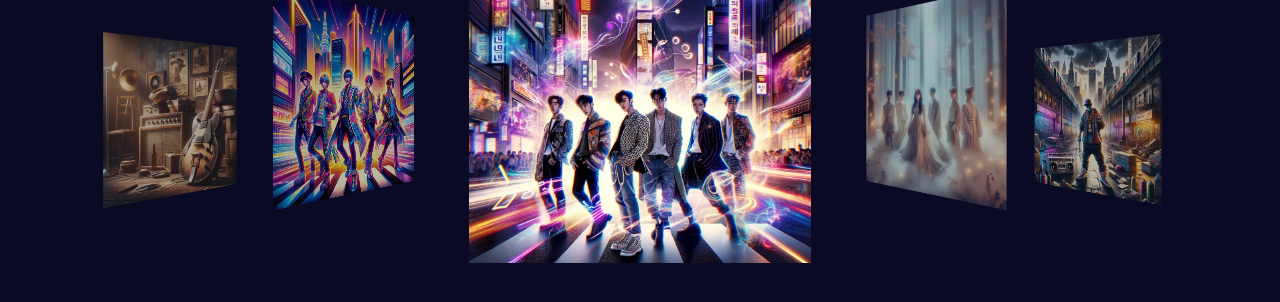
Repository: FujieRyou/2024_team
Page: /components/musicSlide
The author's editor kept a copy of each file at every save. The page is drawn from the files as they stood at one save, then again after the next save.
The browser window is 1280 px wide. The pictures show the whole page.
The project was rebuilt for these pictures with package versions that can differ from the ones it lists, and the page was loaded fresh each time. The framework's server and built-in components were replaced by stand-ins that run in the browser. Also part of the build but not shown: next.config.js.

Above is the page before, as saved 2024-02-09 08:57:32.

### src/pages/_app.jsx
import "@/styles/ress.css"
import '@/styles/index.css'

export default function App({ Component, pageProps }) {
  return <Component {...pageProps} />
}

### src/pages/components/musicSlide.jsx
// pages/scroll2.jsx
import { useEffect, useState } from 'react';
import Image from 'next/image';

export default function Scroll2() {
    const [current, setCurrent] = useState(0);
    const sliderLength = 5; // 仮にスライダーの要素数を6とします

useEffect(() => {
        const interval = setInterval(() => {
        setCurrent((current) => (current + 1) % sliderLength);
    }, 3000);

    return () => clearInterval(interval);
}, []);

const getClassName = (index) => {
    if (index === current) return 'third';
    else if (index === (current + 1) % sliderLength) return 'fourth';
    else if (index === (current + 2) % sliderLength) return 'fifth';
    else if (index === (current - 1 + sliderLength) % sliderLength) return 'second';
    else if (index === (current - 2 + sliderLength) % sliderLength) return 'first';
    else return 'un-active';
};

return (
    <>
        <div className="scrollContent">
            <div className="scrollWrap">
                <ul className="scroll">
                    <li className={getClassName(0)}><Image src="/img/scroll.webp" alt="" width={145} height={145} /></li>
                    <li className={getClassName(1)}><Image src="/img/scroll2.webp" alt="" width={145} height={145} /></li>
                    <li className={getClassName(2)}><Image src="/img/scroll3.webp" alt="" width={145} height={145} /></li>
                    <li className={getClassName(3)}><Image src="/img/scroll4.webp" alt="" width={145} height={145} /></li>
                    <li className={getClassName(4)}><Image src="/img/scroll5.webp" alt="" width={145} height={145} /></li>
                </ul>
            </div>
        </div>
    </>
);
}

### src/styles/ress.css
/*!
 * ress.css • v4.0.0
 * MIT License
 * github.com/filipelinhares/ress
 */

/* # =================================================================
   # Global selectors
   # ================================================================= */

   html {
    box-sizing: border-box;
    -webkit-text-size-adjust: 100%; /* Prevent adjustments of font size after orientation changes in iOS */
    word-break: normal;
    -moz-tab-size: 4;
    tab-size: 4;
  }

  *,
  ::before,
  ::after {
    background-repeat: no-repeat; /* Set `background-repeat: no-repeat` to all elements and pseudo elements */
    box-sizing: inherit;
  }

  ::before,
  ::after {
    text-decoration: inherit; /* Inherit text-decoration and vertical align to ::before and ::after pseudo elements */
    vertical-align: inherit;
  }

  * {
    padding: 0; /* Reset `padding` and `margin` of all elements */
    margin: 0;
  }

  /* # =================================================================
     # General elements
     # ================================================================= */

  hr {
    overflow: visible; /* Show the overflow in Edge and IE */
    height: 0; /* Add the correct box sizing in Firefox */
    color: inherit; /* Correct border color in Firefox. */
  }

  details,
  main {
    display: block; /* Render the `main` element consistently in IE. */
  }

  summary {
    display: list-item; /* Add the correct display in all browsers */
  }

  small {
    font-size: 80%; /* Set font-size to 80% in `small` elements */
  }

  [hidden] {
    display: none; /* Add the correct display in IE */
  }

  abbr[title] {
    border-bottom: none; /* Remove the bottom border in Chrome 57 */
    /* Add the correct text decoration in Chrome, Edge, IE, Opera, and Safari */
    text-decoration: underline;
    text-decoration: underline dotted;
  }

  a {
    background-color: transparent; /* Remove the gray background on active links in IE 10 */
  }

  a:active,
  a:hover {
    outline-width: 0; /* Remove the outline when hovering in all browsers */
  }

  code,
  kbd,
  pre,
  samp {
    font-family: monospace, monospace; /* Specify the font family of code elements */
  }

  pre {
    font-size: 1em; /* Correct the odd `em` font sizing in all browsers */
  }

  b,
  strong {
    font-weight: bolder; /* Add the correct font weight in Chrome, Edge, and Safari */
  }

  /* https://gist.github.com/unruthless/413930 */
  sub,
  sup {
    font-size: 75%;
    line-height: 0;
    position: relative;
    vertical-align: baseline;
  }

  sub {
    bottom: -0.25em;
  }

  sup {
    top: -0.5em;
  }

  table {
    border-color: inherit; /* Correct border color in all Chrome, Edge, and Safari. */
    text-indent: 0; /* Remove text indentation in Chrome, Edge, and Safari */
  }

  /* # =================================================================
     # Forms
     # ================================================================= */

  input {
    border-radius: 0;
  }

  /* Replace pointer cursor in disabled elements */
  [disabled] {
    cursor: default;
  }

  [type='number']::-webkit-inner-spin-button,
  [type='number']::-webkit-outer-spin-button {
    height: auto; /* Correct the cursor style of increment and decrement buttons in Chrome */
  }

  [type='search'] {
    -webkit-appearance: textfield; /* Correct the odd appearance in Chrome and Safari */
    outline-offset: -2px; /* Correct the outline style in Safari */
  }

  [type='search']::-webkit-search-decoration {
    -webkit-appearance: none; /* Remove the inner padding in Chrome and Safari on macOS */
  }

  textarea {
    overflow: auto; /* Internet Explorer 11+ */
    resize: vertical; /* Specify textarea resizability */
  }

  button,
  input,
  optgroup,
  select,
  textarea {
    font: inherit; /* Specify font inheritance of form elements */
  }

  optgroup {
    font-weight: bold; /* Restore the font weight unset by the previous rule */
  }

  button {
    overflow: visible; /* Address `overflow` set to `hidden` in IE 8/9/10/11 */
  }

  button,
  select {
    text-transform: none; /* Firefox 40+, Internet Explorer 11- */
  }

  /* Apply cursor pointer to button elements */
  button,
  [type='button'],
  [type='reset'],
  [type='submit'],
  [role='button'] {
    cursor: pointer;
    color: inherit;
  }

  /* Remove inner padding and border in Firefox 4+ */
  button::-moz-focus-inner,
  [type='button']::-moz-focus-inner,
  [type='reset']::-moz-focus-inner,
  [type='submit']::-moz-focus-inner {
    border-style: none;
    padding: 0;
  }

  /* Replace focus style removed in the border reset above */
  button:-moz-focusring,
  [type='button']::-moz-focus-inner,
  [type='reset']::-moz-focus-inner,
  [type='submit']::-moz-focus-inner {
    outline: 1px dotted ButtonText;
  }

  button,
  html [type='button'], /* Prevent a WebKit bug where (2) destroys native `audio` and `video`controls in Android 4 */
  [type='reset'],
  [type='submit'] {
    -webkit-appearance: button; /* Correct the inability to style clickable types in iOS */
  }

  /* Remove the default button styling in all browsers */
  button,
  input,
  select,
  textarea {
    background-color: transparent;
    border-style: none;
  }

  a:focus,
  button:focus,
  input:focus,
  select:focus,
  textarea:focus {
    outline-width: 0;
  }

  /* Style select like a standard input */
  select {
    -moz-appearance: none; /* Firefox 36+ */
    -webkit-appearance: none; /* Chrome 41+ */
  }

  select::-ms-expand {
    display: none; /* Internet Explorer 11+ */
  }

  select::-ms-value {
    color: currentColor; /* Internet Explorer 11+ */
  }

  legend {
    border: 0; /* Correct `color` not being inherited in IE 8/9/10/11 */
    color: inherit; /* Correct the color inheritance from `fieldset` elements in IE */
    display: table; /* Correct the text wrapping in Edge and IE */
    max-width: 100%; /* Correct the text wrapping in Edge and IE */
    white-space: normal; /* Correct the text wrapping in Edge and IE */
    max-width: 100%; /* Correct the text wrapping in Edge 18- and IE */
  }

  ::-webkit-file-upload-button {
    /* Correct the inability to style clickable types in iOS and Safari */
    -webkit-appearance: button;
    color: inherit;
    font: inherit; /* Change font properties to `inherit` in Chrome and Safari */
  }

  /* # =================================================================
     # Specify media element style
     # ================================================================= */

  img {
    border-style: none; /* Remove border when inside `a` element in IE 8/9/10 */
  }

  /* Add the correct vertical alignment in Chrome, Firefox, and Opera */
  progress {
    vertical-align: baseline;
  }

  /* # =================================================================
     # Accessibility
     # ================================================================= */

  /* Specify the progress cursor of updating elements */
  [aria-busy='true'] {
    cursor: progress;
  }

  /* Specify the pointer cursor of trigger elements */
  [aria-controls] {
    cursor: pointer;
  }

  /* Specify the unstyled cursor of disabled, not-editable, or otherwise inoperable elements */
  [aria-disabled='true'] {
    cursor: default;
  }

### src/styles/index.css
html,body{
    width: 100vw;
    height: 100vh;
    background-color: #0A0A24;
    color: #fff;
}

nav{
    width: 100%;
    height: 81px;
    display: flex;
    justify-content: space-around;
    position: fixed;
    bottom: 0px;
    background-color: #0A0A24;
    border-top: solid 1px #8E8E8E;
}

.iconWrap{
    display: flex;
    flex-direction: column;
    align-items: center;
    justify-content: center;
}

.iconWrap div{
    display: flex;
    flex-direction: column;
    align-items: center;
    justify-content: center;
    text-decoration: none;
}

.iconWrap p{
    font-size: 10px;
    margin-top: 4px;
    color: #fff;
}

.loginWrap{
    width: 100vw;
    height: 100vh;
    padding-top: 200px;
}

.indexWrap{
    width: 100%;
    height: 100%;
}

/* h2{
    font-size: 64px;
    text-align: center;
    font-family: sans-serif;
    padding-top: 30px;
} */

.appName{
    font-size: 64px;
    text-align: center;
    font-family: sans-serif;
    padding-top: 30px;
    margin-top: 30px;
    color: #fff;
}

.signBtnWrap{
    width: 100%;
    height: auto;
}

.signBtn{
    display: flex;
    align-items: center;
    justify-content: center;
    width: 200px;
    height: 54px;
    border-radius: 30px;
    background-color: rgb(65, 243, 65);
    font-size: 16px;
    /* box-shadow: 3px 1px 3px 1px rgb(235, 235, 235); */
    margin: 0 auto;
    margin-top: 280px;
    color: #000;
    text-decoration: none;
}

.logoBox{
    width: 64px;
    height: 64px;
    background-color: gray;
    color: #fff;
    margin: 0 auto;
    display: flex;
    justify-content: center;
    align-items: center;
}

h2{
    text-align: center;
}

.searchWrap{
    margin-top: 69px;
    margin-bottom: 11px;
    padding: 0px 13px;
}

.searchTxt{
    width: 100%;
    height: 40px;
    border: solid 1px #000;
    background-color: #28376C;
    color: #fff;
    padding: 7px 18px;
    border-radius: 13px;

}

.searchBtn{
    width: 64px;
    height: 32px;
    background-color: aquamarine;
}

.searchResults{
    display: flex;
    gap: 8px;
    width: 100%;
    height: 88px;
    padding: 8px;
    overflow: hidden;
}

.searchResultsImg{
    width: 80px;
    height: 80px;
}

.searchResultsTxt p{
    width: 288px;
    font-size: 14px;
}

.genreWrap{
    padding: 0px 21px;
}

.genreWrap p{
    padding-left: 74px;
    margin-bottom: 12px;
}

.genruBtnWrap{
    display: flex;
    flex-wrap: wrap;
    padding: 0px 8px;
    gap: 16px 12px;
    margin: 0 auto;
}

.genruBtnWrap > button{
    width: 172px;
    height: 86px;
    background-color: #F42C2C;
    border-radius: 10px;
}

header{
    display: flex;
    align-items: center;
    justify-content: space-between;
    padding: 51px 30px 42px 18px;
}

.genre_wrap{
    color: #fff;
    font-size: 14px;
    text-align: center;
    font-family: 'Noto Sans JP', sans-serif;
}

/* MIX */
#mix_wrap{
    font-size: 25px;
    font-family:Impact, Haettenschweiler, 'Arial Narrow Bold', sans-serif;
    margin-left: 25px;
}

input{
    color: #fff;
}

/*genre btn*/
.switchingBtn{
    display: flex;
    justify-content: center;
    align-items: center;
    width: 154px;
    height: 42px;
    border: solid 1px #fff;
    border-radius: 5px;
    text-align: center;
    padding: 0px 5px;
}

.everyone{
    width: 80%;
    height: 80%;
    display: flex;
    align-items: center;
    justify-content: center;
    border: solid 1px #0500FF;
    border-radius: 7px;
    background-color: #36457B;
    font-size: 12px;
    font-family:  'Noto Sans JP', sans-serif;
}

.ranking{
    width: 80%;
    height: 80%;
    display: flex;
    align-items: center;
    justify-content: center;
    border-radius: 7px;
    font-size: 12px;
    font-family:  'Noto Sans JP', sans-serif;;
}

.myPageIcon{
    width: 40px;
    height: 40px;
    border-radius: 20px;
    border: solid 1px #fff;
}


/*main*/
#main_img{
    width: 100%;
    height: 200px;
    margin: 0 auto;

}

/*見出し*/
#addition_wrap{
    width: 100%;
    margin-top: 16px;
    margin-bottom: 24px;
    padding: 0px 46px 0px 15px;
    display: flex;
    align-items: center;
    justify-content: space-between;
}
.addition{
    font-size: 16px;
    font-family:  'Noto Sans JP', sans-serif;
}
.addition > span{
    font-size: 13px;
}
.dli-plus {
    display: inline-block;
    vertical-align: middle;
    justify-content: center;
    color: #fff;
    line-height: 20px;
    width: 1.5rem;
    height:0.15rem;
    background: #efefef;
    border-radius: 1rem;
    position: relative;
    top:24px;
    left:10px;
}

.dli-plus::before {
    content: '';
    position: absolute;
    top: 0;
    left: 0;
    width: 100%;
    height: 100%;
    background: inherit;
    border-radius: inherit;
    transform: rotate(90deg);

}
#addition_wrap{
    display: flex;
}
#addition_wrap  .back{
    display: block;
    background: #231815;
    width: 35px;
    height:35px;
    border-radius: 25%;
    margin-right: 50px;
}
.addition-text{
    font-size: 30px;
    font-family:'Noto Sans JP', sans-serif;

}

/*music list*/
#songContent_wrap{
    display: flex;
    width: 100%;
    justify-content: space-between;
    align-items: center;
    margin-bottom: 15px;
    padding: 0px 32px 0px 22px;
}

.song_num{
    font-size: 20px;
}

#song_wrap{
    display: flex;
    justify-content: center;
    align-items: center;
    gap: 10px;
}


.song_img{
    border: solid 1px skyblue;
    width: 70px;
    height: 70px;
}

.songtitle{
    font-size: 16px;
}
.singer{
    font-size: 14px;
}

.contributor{
    display: flex;
}
.contributor > img{
    width: 17px;
    height: 17px;
    border-radius: 20px;
    margin-right: 6px;
}
.contributor > p{
    font-size: 11px;
}

.button_wrap{
    display: flex;
    flex-direction: column;
}
.button{
    width: 20px;
    height: 20px;
    border-radius: 50%;
    background-color: #d9d9d9;
    display: flex;
    justify-content: center;
}

.button p{
    display: flex;
    justify-content: center;
    align-items: center;
    text-align: center;
    gap: 3px;
}

.button p span{
    width: 3px;
    height: 3px;
    border-radius: 50%;
    background-color: #000;

}

/* アニメーションのキーフレーム定義 */
@keyframes slideInLeft {
    from {
    transform: translateX(-100%);
    opacity: 0;
    }
    to {
    transform: translateX(0);
    opacity: 1;
    }
}

@keyframes slideInRight {
    from {
    transform: translateX(100%);
    opacity: 0;
    }
    to {
    transform: translateX(0);
    opacity: 1;
    }
}

  /* アニメーションを適用するクラス */
.slide-in-left {
    animation: slideInLeft 0.5s forwards;
}

.slide-in-right {
    animation: slideInRight 0.5s forwards;
}



.scrollContent {
    position: relative;
    width: 100vw;
    margin: 0 auto;
}
.scrollWrap {
    width: 100%;
    display: flex;
    justify-content: center;
    align-items: center;
    height: 200px;
}
.scrollWrap > .scroll > li {
    transition: all 0.5s ease-in-out, left 0.5s ease, right 0.5s ease;
    position: absolute;
}
.scroll {
    display: flex;
    justify-content: center;
    align-items: center;
    perspective-origin: center center;
    transform-origin: center center;
    perspective: 600px;
}

li {
    list-style-type: none;
}

.first {
    transform: translateX(-600px) translateZ(-180px) translateY(25px) rotateY(85deg);
    opacity: 0.7;
}

.second {
    transform: translateX(-300px) translateZ(-30px) rotateY(75deg);
    opacity: 0.7;
}

.third {
    transform: translateY(-3px) translateZ(250px);
    text-align: center;
}

.fourth {
    transform: translateX(300px) translateZ(-30px) rotateY(-75deg);
    opacity: 0.7;
}

.fifth {
    transform: translateX(600px) translateZ(-200px) translateY(25px)
    rotateY(-85deg);
    opacity: 0.7;
    z-index: 1;
}

li img {
    width: 200px;
    height: 200px;
    object-fit: cover;
}
.un-active {
    opacity: 0;
}

Loaded but not shown: src/pages/_document.jsx (common file)

After the next save:
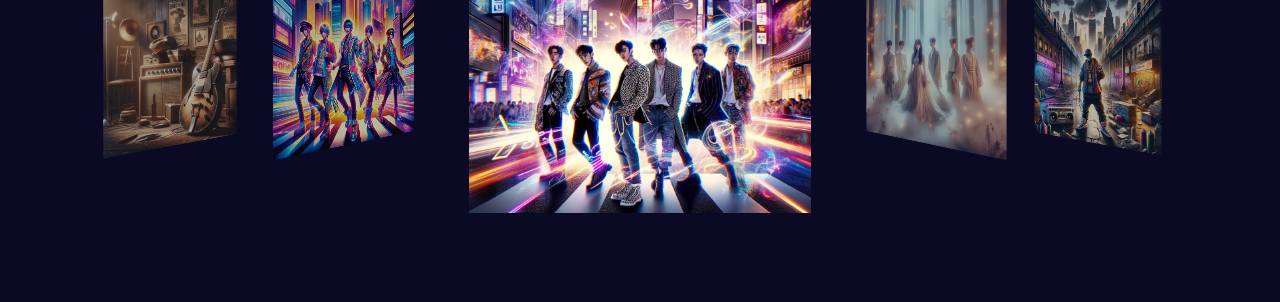
Saved 10 s later.
--- a/src/styles/index.css
+++ b/src/styles/index.css
@@ -426,7 +426,7 @@ input{
     display: flex;
     justify-content: center;
     align-items: center;
-    height: 200px;
+    height: 100px;
 }
 .scrollWrap > .scroll > li {
     transition: all 0.5s ease-in-out, left 0.5s ease, right 0.5s ease;
